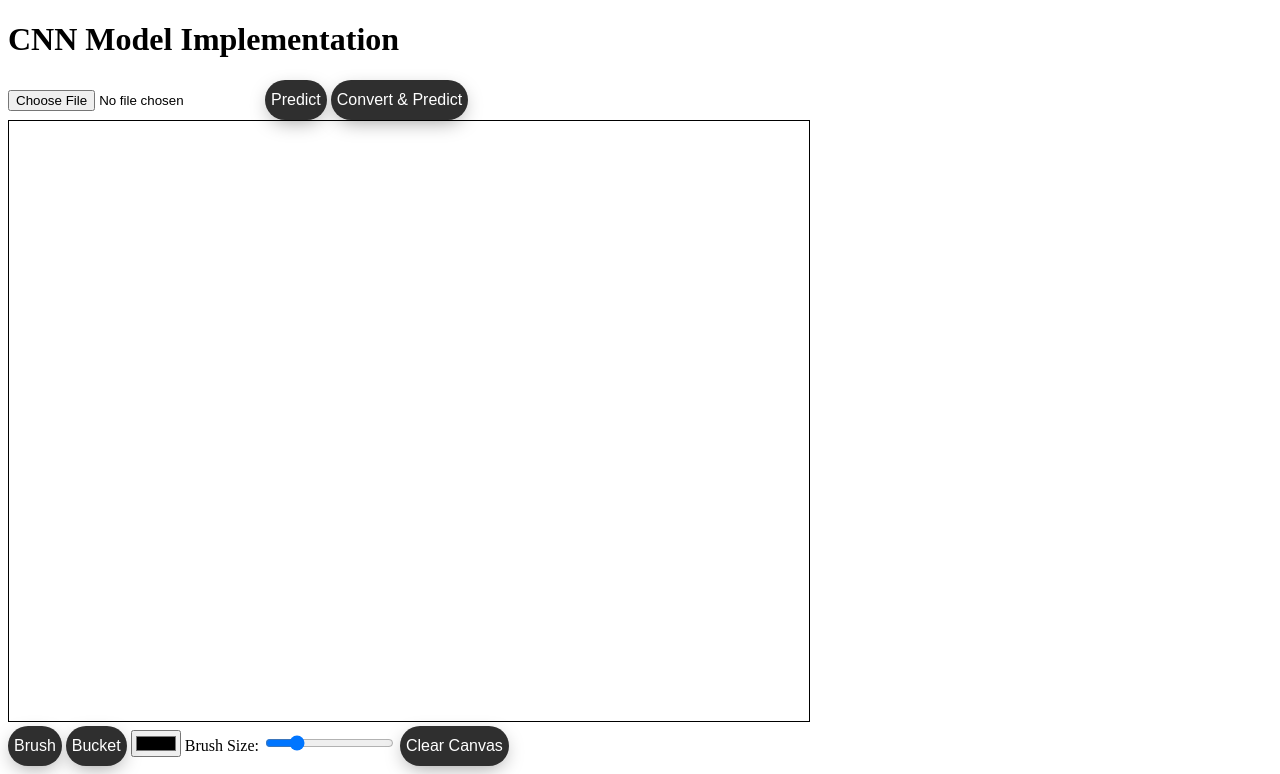
Repository: choobrendan/Flag-Guesser
Page: http://localhost/
The author's editor kept a copy of each file at every save. The page is drawn from the files as they stood at one save, then again after the next save.
The browser window is 1280 px wide. The pictures show the whole page.
The page is served by the project's application, run on Flask 3 (app.py).

Above is the page before, as saved 2023-08-30 08:49:43.

After the next save:
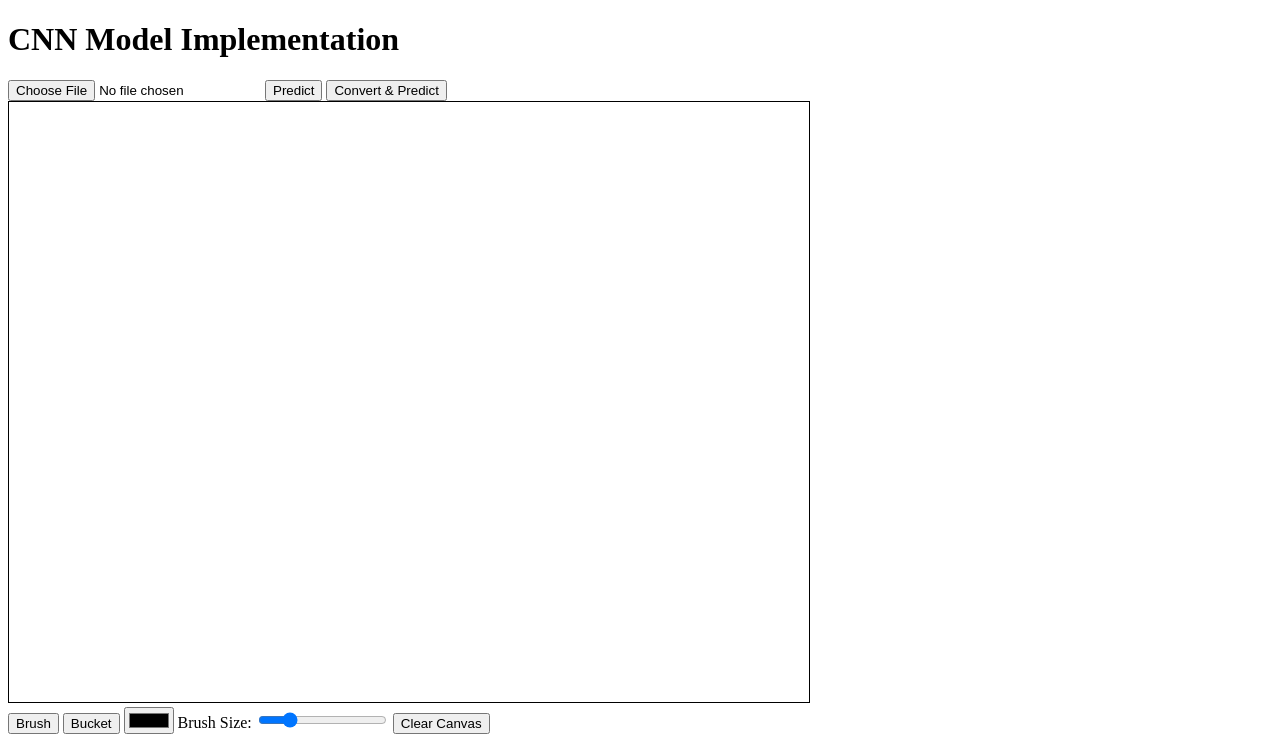
Saved 19 s later.
--- a/templates/index.html
+++ b/templates/index.html
@@ -18,20 +18,7 @@
             font-size: 24px;
             font-family: Georgia, 'Times New Roman', Times, serif;
         }
-        button{
-    height: 40px;
-    border: none;
-    outline: none;
-    background: #2f2f2f;
-    color: #fff;
-    font-size: 16px;
-    border-radius: 40px;
-    text-align: center;
-    box-shadow: 0 6px 20px -5px rgba(0,0,0,0.4);
-    position: relative;
-    overflow: hidden;
-    cursor: pointer;
-}
+
     </style>
 </head>
 <body>
